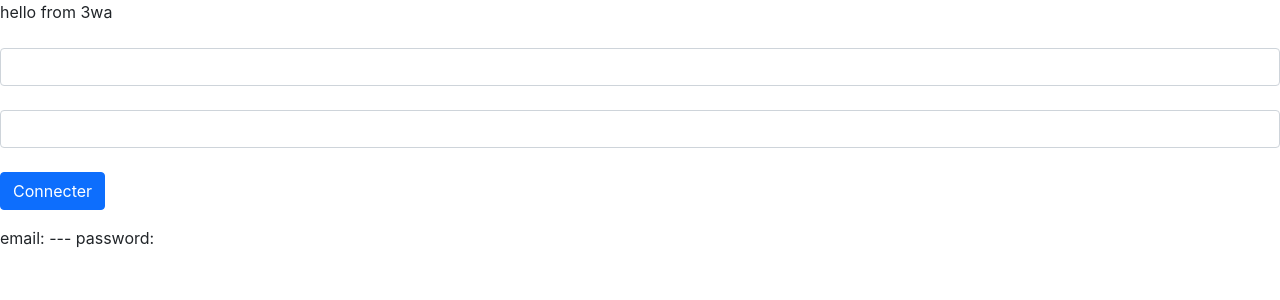
Repository: FS-23/react-task-manager
Page: /login
The author's editor kept a copy of each file at every save. The page is drawn from the files as they stood at one save, then again after the next save.
The browser window is 1280 px wide. The pictures show the whole page.
The project was rebuilt for these pictures with package versions that can differ from the ones it lists, and the page was loaded fresh each time.

Above is the page before, as saved 2022-04-28 13:11:30.

### public/index.html
<!DOCTYPE html>
<html lang="en">
  <head>
    <meta charset="utf-8" />
    <link rel="icon" href="%PUBLIC_URL%/favicon.ico" />
    <meta name="viewport" content="width=device-width, initial-scale=1" />
    <meta name="theme-color" content="#000000" />
    <meta  name="description" content="Web site created using create-react-app"/>
    <link rel="apple-touch-icon" href="%PUBLIC_URL%/logo192.png" />

    <link rel="manifest" href="%PUBLIC_URL%/manifest.json" />

    <title>React App</title>

    <!-- CSS only -->
   <link href="https://cdn.jsdelivr.net/npm/bootstrap@5.1.3/dist/css/bootstrap.min.css" rel="stylesheet" >
  </head>
  <body>
    <noscript>You need to enable JavaScript to run this app.</noscript>
    <div id="root"></div>


    <!-- JavaScript Bundle with Popper -->
    <script src="https://cdn.jsdelivr.net/npm/bootstrap@5.1.3/dist/js/bootstrap.bundle.min.js"></script>
  </body>
</html>

### src/index.js
import React from 'react';
import ReactDOM from 'react-dom/client';
import './index.css';
import App from './App';
//import 'https://cdn.jsdelivr.net/npm/bootstrap@5.1.3/dist/css/bootstrap.min.css'

const root = ReactDOM.createRoot(document.getElementById('root'));
root.render(
  <React.StrictMode>
    <App />
  </React.StrictMode>
);

// If you want to start measuring performance in your app, pass a function
// to log results (for example: reportWebVitals(console.log))
// or send to an analytics endpoint. Learn more: https://bit.ly/CRA-vitals

### src/App.js

import Login from "./components/Login";
function App() {
  return (
    <div className="App">
         hello from 3wa
         <Login />
    </div>
  );
}




export default App;

### src/components/Login.js
import { useState } from 'react'
function Login(){
    let [email , setEmail]= useState('')
    let [password , setPassword]= useState('')

    function handleEmailChange(event){
            setEmail(event.target.value)
    }
    function handlePasswordChange(event){
        setPassword(event.target.value)
    }

    function handleFormSubmit(event){
        event.preventDefault()
        console.log('form infos', {email , password})
    }
     return(
         <>
             <div>
                 <form onSubmit={handleFormSubmit}>
                     <div className="mt-4">
                        <input className="form-control" onChange={handleEmailChange}/>
                     </div>
                     <div className="mt-4">
                       <input className="form-control" onChange={handlePasswordChange}/>
                     </div>
                     <button className="btn btn-primary mt-4">Connecter</button>
                     <div className='mt-3'>
                            email: {email} ---
                            password: {password}
                     </div>
                 </form>
             </div>
         </>
     )
}

export default Login

Loaded but not shown: src/index.css (common file)

After the next save:
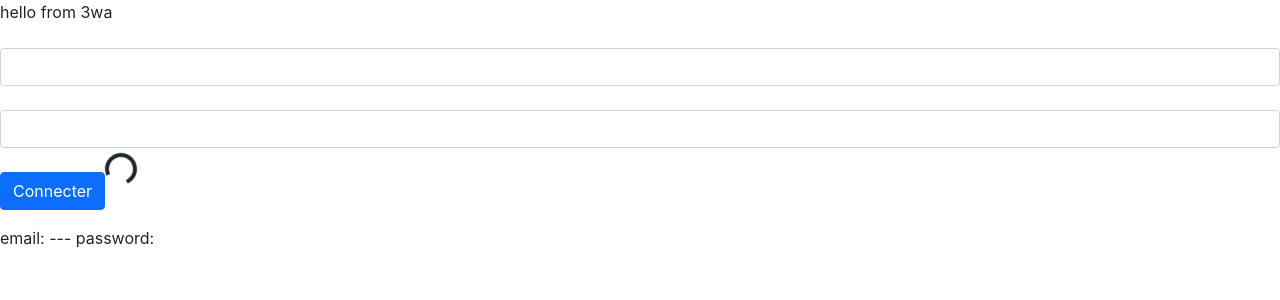
Saved 56 s later.
--- a/src/components/Login.js
+++ b/src/components/Login.js
@@ -25,6 +25,7 @@
                        <input className="form-control" onChange={handlePasswordChange}/>
                      </div>
                      <button className="btn btn-primary mt-4">Connecter</button>
+                     <div className='spinner-border'></div>
                      <div className='mt-3'>
                             email: {email} ---
                             password: {password}

After the save that followed:
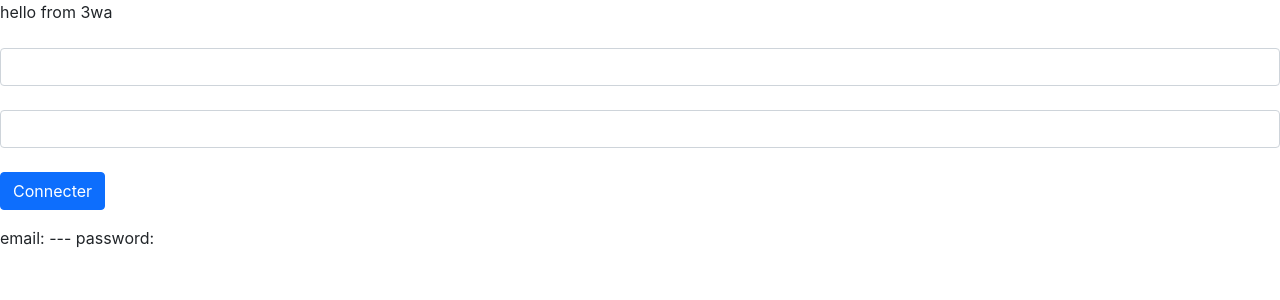
Saved 4 min 38 s later.
--- a/src/components/Login.js
+++ b/src/components/Login.js
@@ -2,6 +2,7 @@
 function Login(){
     let [email , setEmail]= useState('')
     let [password , setPassword]= useState('')
+    let [loading , setLoading]= useState(false)
 
     function handleEmailChange(event){
             setEmail(event.target.value)
@@ -25,7 +26,7 @@
                        <input className="form-control" onChange={handlePasswordChange}/>
                      </div>
                      <button className="btn btn-primary mt-4">Connecter</button>
-                     <div className='spinner-border'></div>
+                     {loading ? <div className='spinner-border'></div>: ''}
                      <div className='mt-3'>
                             email: {email} ---
                             password: {password}
